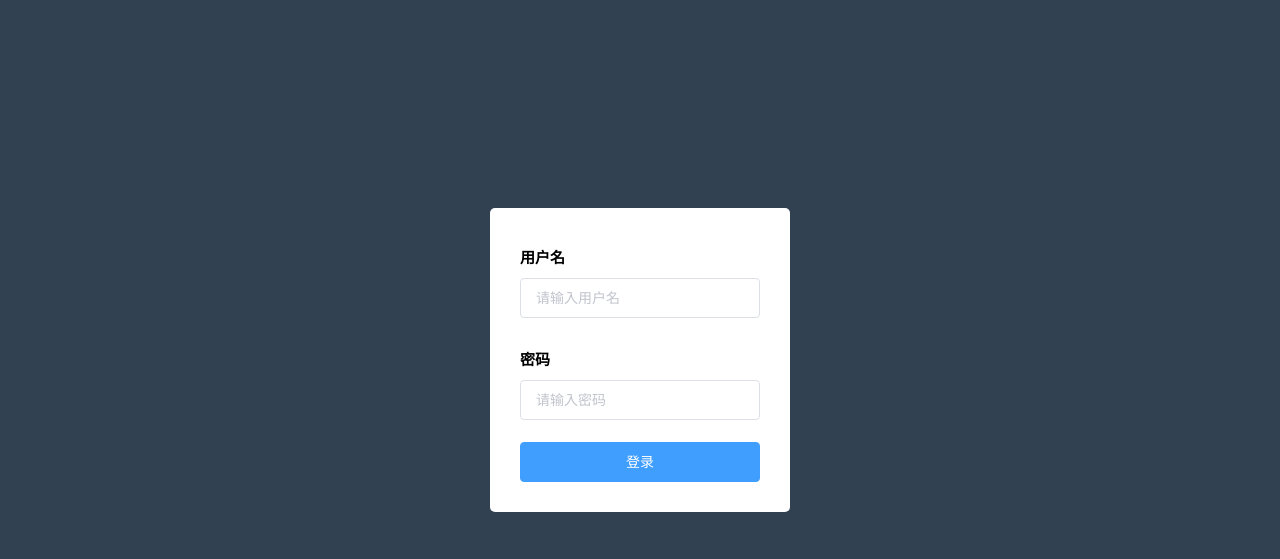
Repository: coWhy/blog-admin
Page: /#/login
These files come from the project's save history. The page is drawn as it stood at one moment and after the next save; the edit follows.
The browser window is 1280 px wide. The pictures show the whole page.
The page's requests for data from a server got no answer. The project was rebuilt for these pictures with package versions that can differ from the ones it lists, and the page was loaded fresh each time. No one was signed in, and anything a server would have sent is missing. Also part of the build but not shown: vue.config.js.

Above is the page before, as saved 2020-04-27 04:02:10.

### public/index.html
<!DOCTYPE html>
<html lang="en">
  <head>
    <meta charset="utf-8">
    <meta http-equiv="X-UA-Compatible" content="IE=edge">
    <meta name="viewport" content="width=device-width,initial-scale=1.0">
    <link rel="icon" href="<%= BASE_URL %>favicon.ico">
    <title><%= htmlWebpackPlugin.options.title %></title>
    <script type="text/javascript" src="./live2dw/lib/L2Dwidget.min.js"></script>
  </head>
  <body>
    <noscript>
      <strong>We're sorry but <%= htmlWebpackPlugin.options.title %> doesn't work properly without JavaScript enabled. Please enable it to continue.</strong>
    </noscript>
    <div id="app"></div>
    <!-- built files will be auto injected -->
  </body>
</html>

### src/main.js
import Vue from 'vue'
import App from './App.vue'
import router from './router'
import store from './store'
// 全局配置样式
import '@/assets/scss/reset.scss'
// 引入icon库
import '@/assets/font-awesome-4.7.0/css/font-awesome.css'
Vue.config.productionTip = false
// 第三方包
import ElementUI from 'element-ui'
import 'element-ui/lib/theme-chalk/index.css'
// 自定义注册全局插件
import http from '@/utils/http' // 自定义全局axios
Vue.use(ElementUI)
Vue.use(http)

new Vue({
  router,
  store,
  render: h => h(App)
}).$mount('#app')

### src/router/index.js
import Vue from 'vue'
import VueRouter from 'vue-router'
//当我们重复点击路由导航菜单的时候控制台会报错，错误的缘由是因为 vue-router 版本太新 解决办法
const originalPush = VueRouter.prototype.push
VueRouter.prototype.push = function push(location) {
  return originalPush.call(this, location).catch(err => err)
}
Vue.use(VueRouter)

const routes = [
  {
    path: '/login',
    name: 'login',
    component: () => import('@/views/login/index')
  },
  {
    path: '/',
    component: () => import('@/views/layout'),
    children: [
      {
        path: '/home',
        name: 'home',
        component: () => import('@/views/home')
      },
      {
        path: '/user',
        name: 'user',
        component: () => import('@/views/user')
      },
      {
        path: '/type',
        name: 'type',
        component: () => import('@/views/type')
      }
    ]
  }
]

const router = new VueRouter({
  routes
})

export default router

### src/store/index.js
import Vue from 'vue'
import Vuex from 'vuex'
import tag from './modules/tag'
import user from './modules/user'
Vue.use(Vuex)

export default new Vuex.Store({
  state: {},
  mutations: {},
  actions: {},
  modules: {
    tag,
    user
  }
})

### src/utils/http.js
// 自定义开发插件
import axios from 'axios'
import { getAccessToken } from '@/utils/auth'
import { MessageBox, Message } from 'element-ui'
const MyHttpServer = {}

MyHttpServer.install = Vue => {
  // 基准地址
  axios.defaults.baseURL = process.env.VUE_APP_BASE_API
  axios.defaults.timeout = 3000
  // 添加请求拦截器 token拦截
  axios.interceptors.request.use(
    config => {
      // 从cookie中拿出登录时候存放的访问token
      const accessToken = getAccessToken()
      if (accessToken) {
        config.headers['Authorization'] = accessToken
      }
      return config
    },
    error => {
      return Promise.reject(error)
    }
  )
  // 响应拦截
  axios.interceptors.response.use(
    response => {
      //  此处对不同状态码 进行不同的操作 比如404 跳转页面等
      const res = response.data
      // 假如访问不成功 就返回错误信息给前端 后端访问成功码为 0
      if (res.code && res.code !== 0) {
        Message({
          message: res.msg || '访问错误',
          type: 'error',
          duration: 5 * 1000
        })
      }

      return res
    },
    error => {
      return Promise.reject(error)
    }
  )
  Vue.prototype.$http = axios
}
export default MyHttpServer

### src/assets/scss/_variable.scss
// 全局配置样式 修改主题颜色
$theme-color: #33aef0;

// header部分
$header-bg-color:#626e85  // 头部背景色

### src/views/login/index.vue
<template>
  <div class="login-wrap">
    <el-form
      :model="form"
      class="login-form"
      label-position="top"
      label-width="80px"
    >
      <el-form-item>
        <span class="label">用户名</span>
        <el-input v-model="form.username" placeholder="请输入用户名"></el-input>
      </el-form-item>
      <el-form-item>
        <span class="label">密码</span>
        <el-input
          v-model="form.password"
          placeholder="请输入密码"
          type="password"
          show-password
        ></el-input>
      </el-form-item>
      <el-button type="primary" class="login-btn" @click="login">
        登录
      </el-button>
    </el-form>
  </div>
</template>

<script>
export default {
  data() {
    return {
      form: {
        username: '',
        password: ''
      }
    }
  },
  methods: {
    async login() {
      let res = await this.$http.post('/user/login', this.form)
      console.log(res)
    }
  },
  created() {}
}
</script>

<style lang="scss" scoped>
.login-wrap {
  height: 100%;
  background-color: #324152;
  display: flex;
  /* 弹性布局 */
  justify-content: center;
  align-items: center;
}
.login-wrap .login-form {
  background-color: #fff;
  width: 300px;
  padding: 30px;
  /* 圆角 */
  border-radius: 5px;
}
.login-wrap .login-form .login-btn {
  width: 100%;
}
.label {
  font-size: 15px;
  font-weight: bold;
}
</style>

### src/store/modules/tag.js
export default {
  state: {
    isCollapse: false, // 是否折叠菜单 默认展开
    menuList: [], // 菜单列表
    curMenu: null, // 点击选中的菜单
    tagList: [
      // 首页是不可关闭的
      {
        path: '/',
        name: 'home',
        title: '首页',
        icon: 'el-icon-s-home'
      }
    ] // 存放tags 点击后 就存到里面去
  },
  mutations: {
    /**
     * 将选中的menu赋值 给curMenu
     * @param {*} state
     * @param {*} selectedMenu 点击选中的菜单
     */
    getSelectedMenu(state, selectedMenu) {
      if (selectedMenu.name !== 'home') {
        state.curMenu = selectedMenu
        let result = state.tagList.findIndex(
          item => item.name === selectedMenu.name
        )
        if (result === -1) {
          // 没找到这个tag 就放进tagList
          state.tagList.push(selectedMenu)
        }
      } else {
        state.curMenu = null
      }
    },
    /**
     * 关闭已经打开的菜单
     * @param {*} state
     * @param {*} selectedTag 打开的菜单
     */
    closeSelectedTag(state, selectedTag) {
      let result = state.tagList.findIndex(
        item => item.name === selectedTag.name
      )
      state.tagList.splice(result, 1)
    },
    // 关闭 或 展开左侧菜单栏
    collapseAsideMenu(state) {
      state.isCollapse = !state.isCollapse
    }
  },
  actions: {}
}

### src/store/modules/user.js
import cookie from 'js-cookie'
export default {
  state: {
    accessToken: '', // 访问token
    refreshToken: '', // 刷新token
    username: '', // 用户名
    avatar: '' // 头像
  },
  mutations: {
    // 保存accessToken使用
    setAccessToken(state, accessToken) {
      state.accessToken = accessToken
      cookie.set('accessToken', accessToken)
    },
    getAccessToken(state) {
      state.accessToken = cookie.get('accessToken')
    },
    // 保存 refreshToken
    setRefreshToken(state, refreshToken) {
      state.refreshToken = refreshToken
      cookie.set('refreshToken', refreshToken)
    },
    getRefreshToken(state) {
      state.refreshToken = cookie.get('refreshToken')
    },
    // 保存用户名
    setUsername(state, username) {
      state.username = username
      cookie.set('username', username)
    },
    getUsername(state) {
      state.username = cookie.get('username')
    },
    //保存头像
    setAvatar(state, avatar) {
      state.avatar = avatar
      cookie.set('avatar', avatar)
    },
    getAvatar(state) {
      state.avatar = cookie.get('avatar')
    },
    // 清除tokens 退出时候使用
    clearTokens(state) {
      state.accessToken = ''
      state.refreshToken = ''
      state.username = ''
      state.refreshToken = ''
      cookie.remove('accessToken')
      cookie.remove('refreshToken')
      cookie.remove('username')
      cookie.remove('avatar')
    }
  }
}

### src/utils/auth.js
import cookie from 'js-cookie'
// 获取访问token
export function getAccessToken() {
  return cookie.get('accessToken')
}

Loaded but not shown: src/App.vue (common file); src/assets/scss/reset.scss (common file); src/assets/font-awesome-4.7.0/css/font-awesome.css (library); public/live2dw/lib/L2Dwidget.min.js (library)

After the next save:
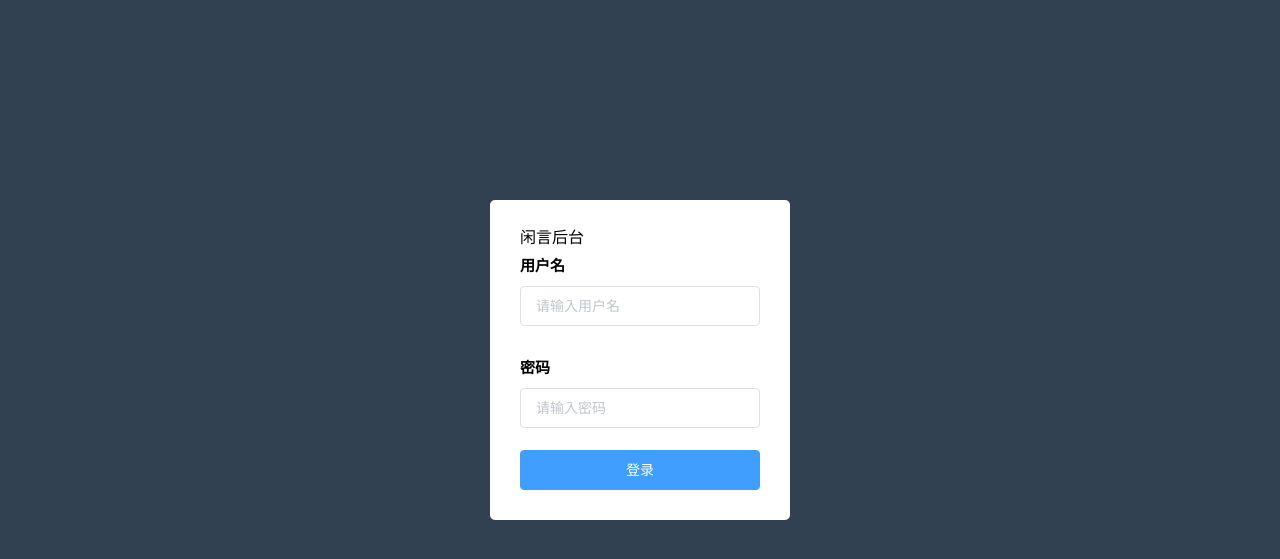
Saved 3 min 16 s later.
--- a/src/views/login/index.vue
+++ b/src/views/login/index.vue
@@ -6,6 +6,9 @@
       label-position="top"
       label-width="80px"
     >
+      <div class="title-container">
+        <h3 class="title">闲言后台</h3>
+      </div>
       <el-form-item>
         <span class="label">用户名</span>
         <el-input v-model="form.username" placeholder="请输入用户名"></el-input>
